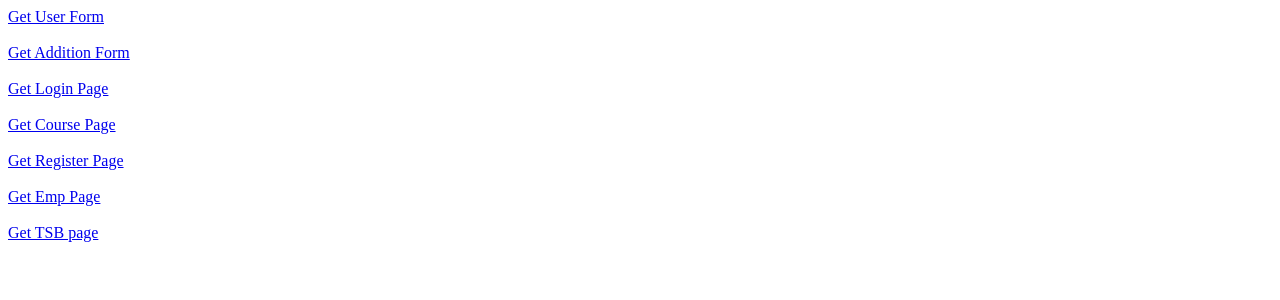
Repository: SNEHASHINDE26/JDBC
Page: eclipse-workspace/HttpServlets/src/main/webapp/index.html
These files come from the project's save history. The page is drawn as it stood at one moment and after the next save; the edit follows.
The browser window is 1280 px wide. The pictures show the whole page.

Above is the page before, as saved 2024-01-16 13:04:16.

After the next save:
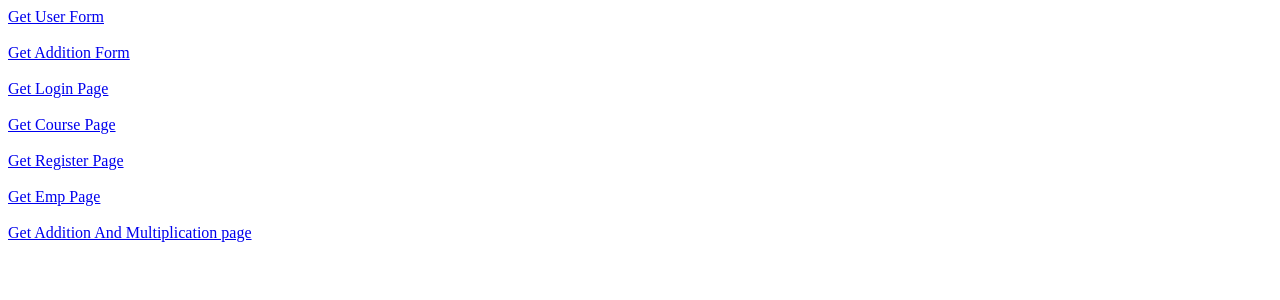
Saved 6 min 6 s later.
--- a/eclipse-workspace/HttpServlets/src/main/webapp/index.html
+++ b/eclipse-workspace/HttpServlets/src/main/webapp/index.html
@@ -11,7 +11,7 @@
        <a href="course.html">Get Course Page</a><br></br>
        <a href="Register.html">Get Register Page</a><br></br>
        <a href="emp.html">Get Emp Page</a><br></br>
-       <a href="TSB.html">Get TSB page</a>
+       <a href="TSB.html">Get Addition And Multiplication page</a>
 
 </body>
 </html>
